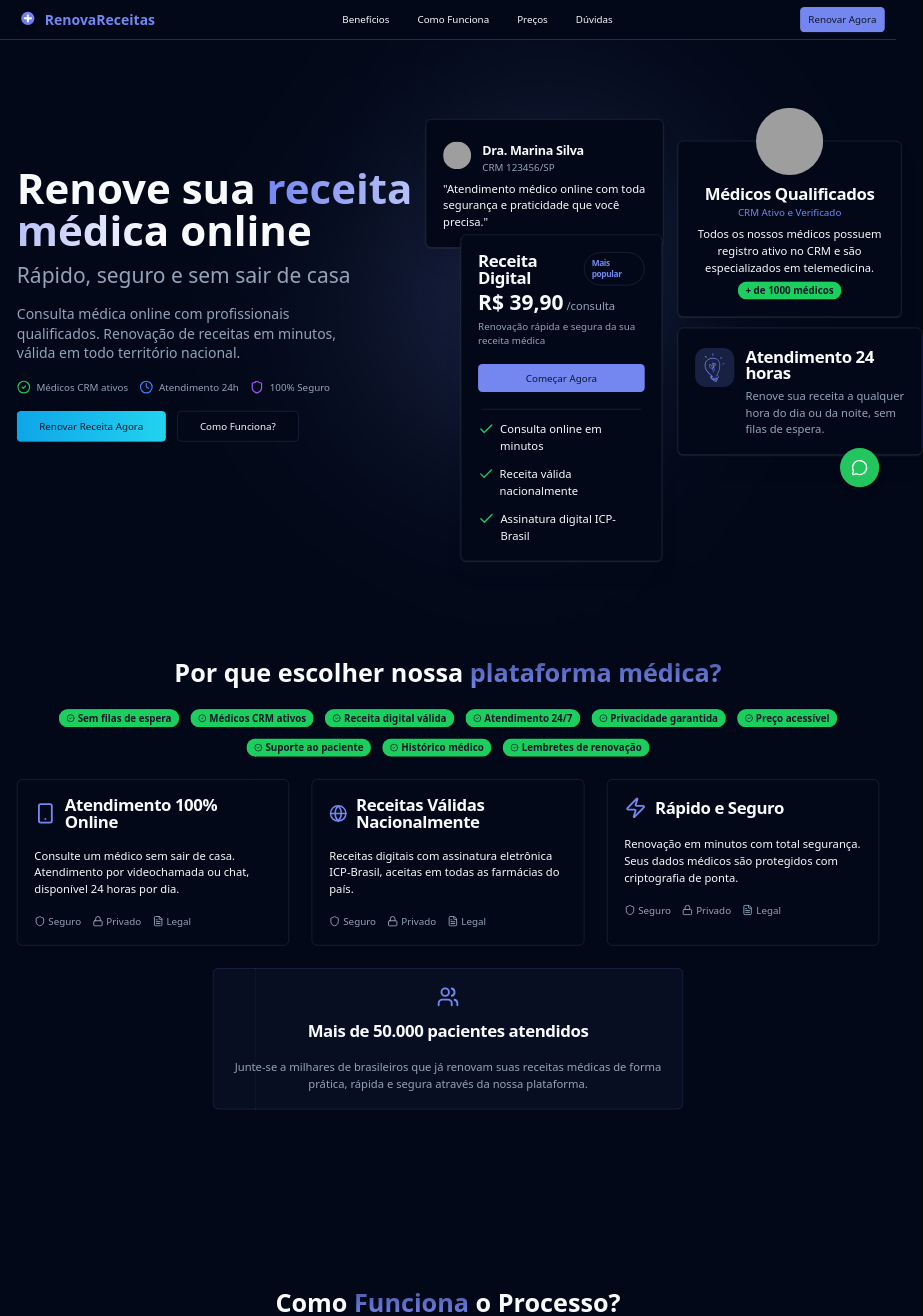
Repository: xoiurp/saude-digital
Page: /
An editor plug-in stored every save of this project. The page is shown before and after the next save, followed by the edit.
The browser window is 1280 px wide. The page is 1318 px wide, so the pictures cover 1318 px, including what lies to the right of the window. The pictures show the part of the page from y = 0 to 1880 px (the page is 6777 px tall), at 70% of full size.
Pictures or frames that could not be fetched are drawn as grey boxes. The project was rebuilt for these pictures with package versions that can differ from the ones it lists, and the page was loaded fresh each time. Also part of the build but not shown: vite.config.ts.

Above is the page before, as saved 2025-09-09 16:12:31.

After the next save:
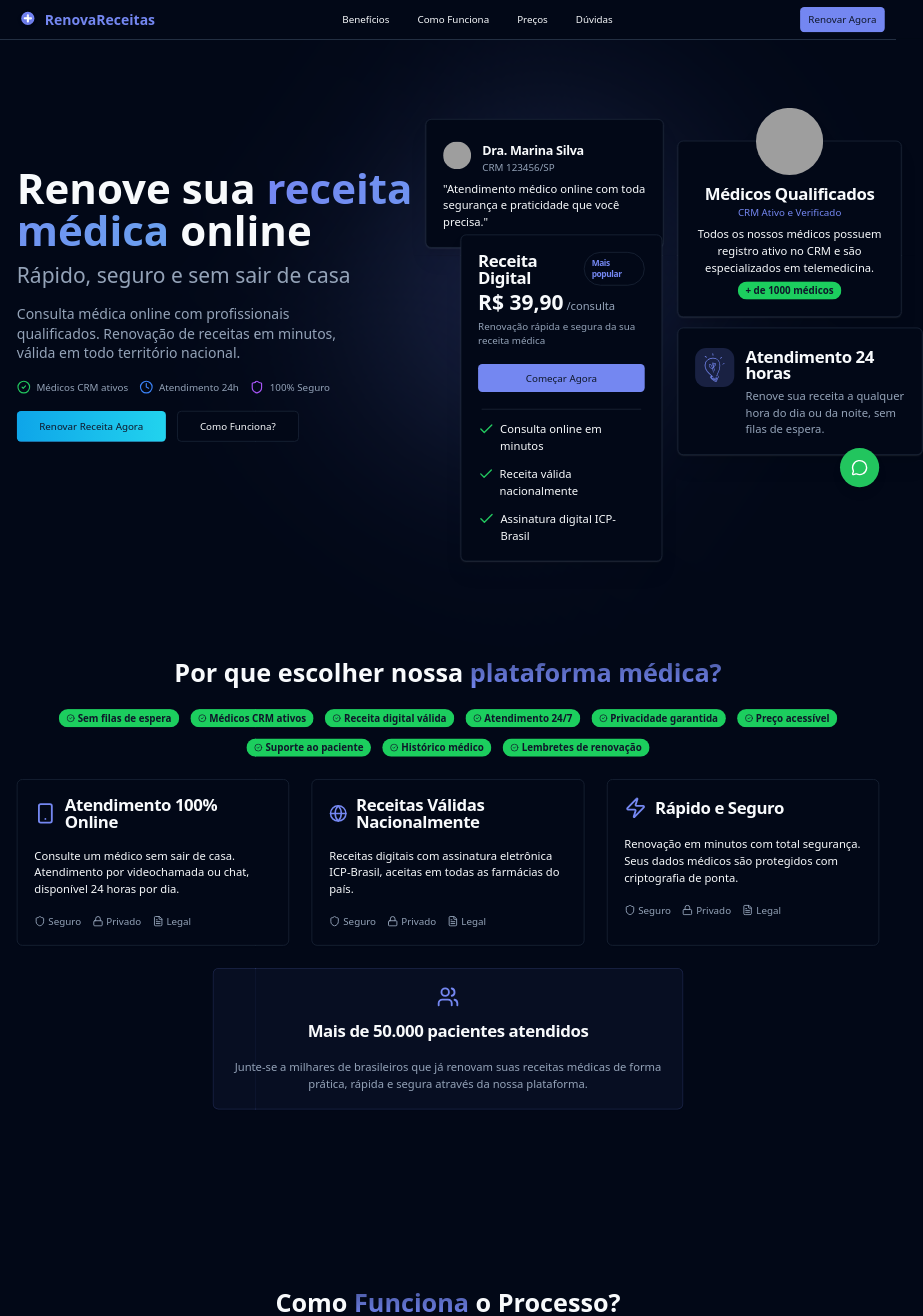
Saved 9 s later.
--- a/src/components/Hero.tsx
+++ b/src/components/Hero.tsx
@@ -9,7 +9,7 @@ export const Hero = () => {
         <main className="text-5xl md:text-6xl font-bold">
           <h1 className="inline">
             Renove sua{" "}
-            <span className="inline bg-gradient-to-r from-[#7487F1] to-[#FFFFFF] text-transparent bg-clip-text">
+            <span className="inline bg-gradient-to-r from-[#7487F1] to-[#6ba0f0] text-transparent bg-clip-text">
               receita médica
             </span>{" "}
             online
